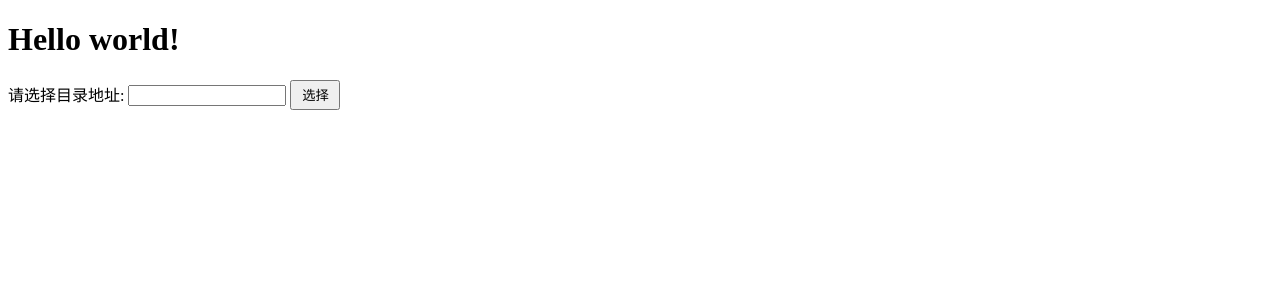
Repository: cjl1828103646/G25
Page: sqsx1/WebContent/index.html
The author's editor kept a copy of each file at every save. The page is drawn from the files as they stood at one save, then again after the next save.
The browser window is 1280 px wide. The pictures show the whole page.

Above is the page before, as saved 2023-06-26 11:59:13.

### sqsx1/WebContent/index.html
<!DOCTYPE html>
<html>
<head>
<meta charset="UTF-8">
<title>Insert title here</title>
</head>
<body>
<h1>Hello world!</h1>
<p>请选择目录地址:  <input type="text" style="width:150px;">  <button id=bt1 style="height:30px;width:50px;">选择</button></p>
</body>
</html>

After the next save:
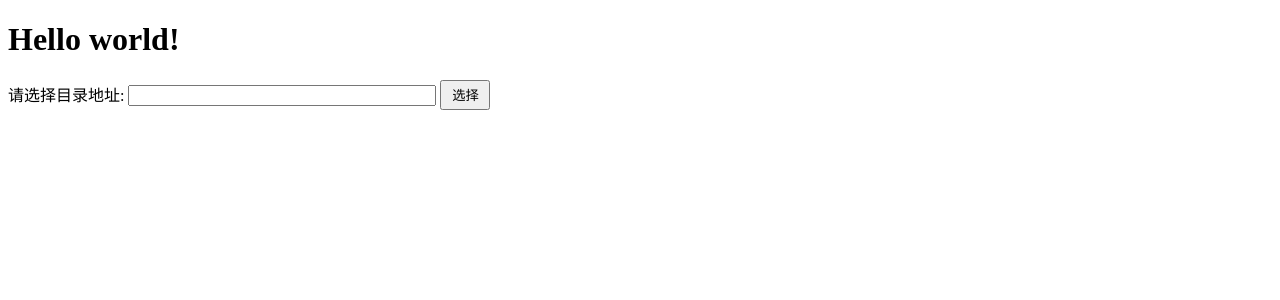
Saved 7 s later.
--- a/sqsx1/WebContent/index.html
+++ b/sqsx1/WebContent/index.html
@@ -6,6 +6,6 @@
 </head>
 <body>
 <h1>Hello world!</h1>
-<p>请选择目录地址:  <input type="text" style="width:150px;">  <button id=bt1 style="height:30px;width:50px;">选择</button></p>
+<p>请选择目录地址:  <input type="text" style="width:300px;">  <button id=bt1 style="height:30px;width:50px;">选择</button></p>
 </body>
 </html>
